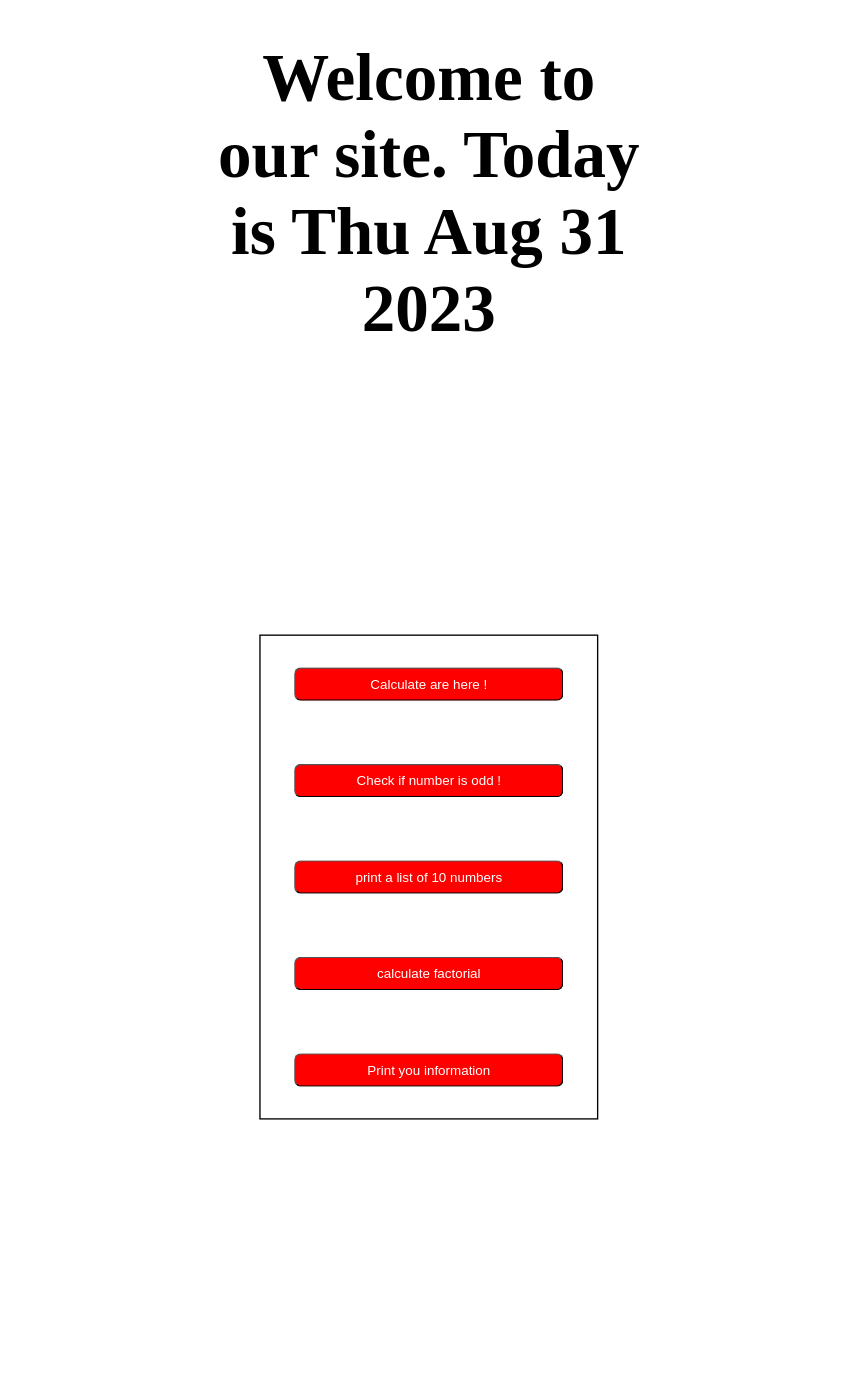
Repository: EMERIC237/codeFi-js
Page: week3/index.html
An editor plug-in stored every save of this project. The page is shown before and after a run of saves, followed by the edit.
The browser window is 1280 px wide. The pictures show the whole page, at 67% of full size.

Above is the page before, as saved 2023-08-31 20:22:51.

After the next 4 saves:
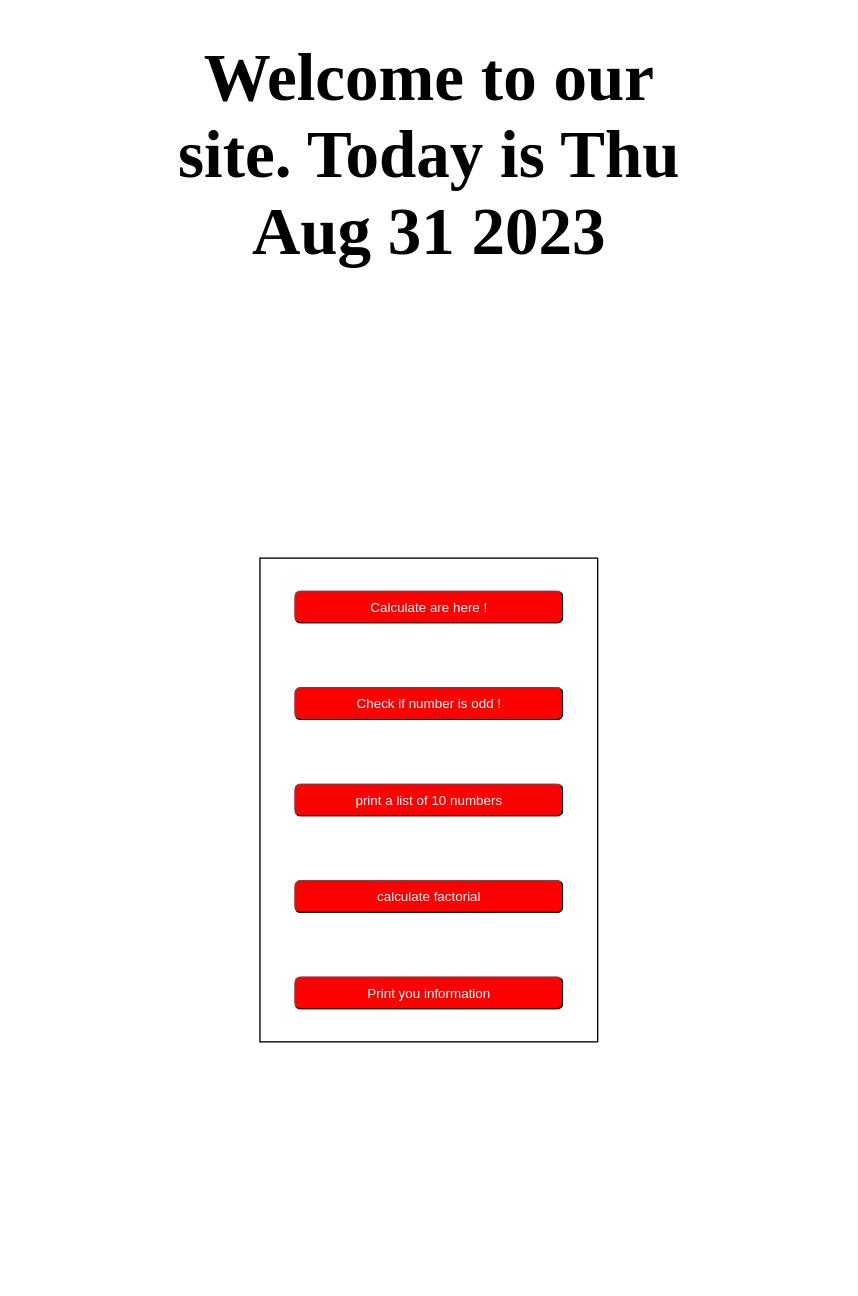
The 4 saves are shown as one change because they came seconds apart.
The last was saved 11 s later.
--- a/week3/index.html
+++ b/week3/index.html
@@ -11,7 +11,7 @@
         font-size: 100px;
         margin: auto;
         padding: 50px;
-        width: 50%;
+        width: 60%;
       }
       button {
         width: 80%;
